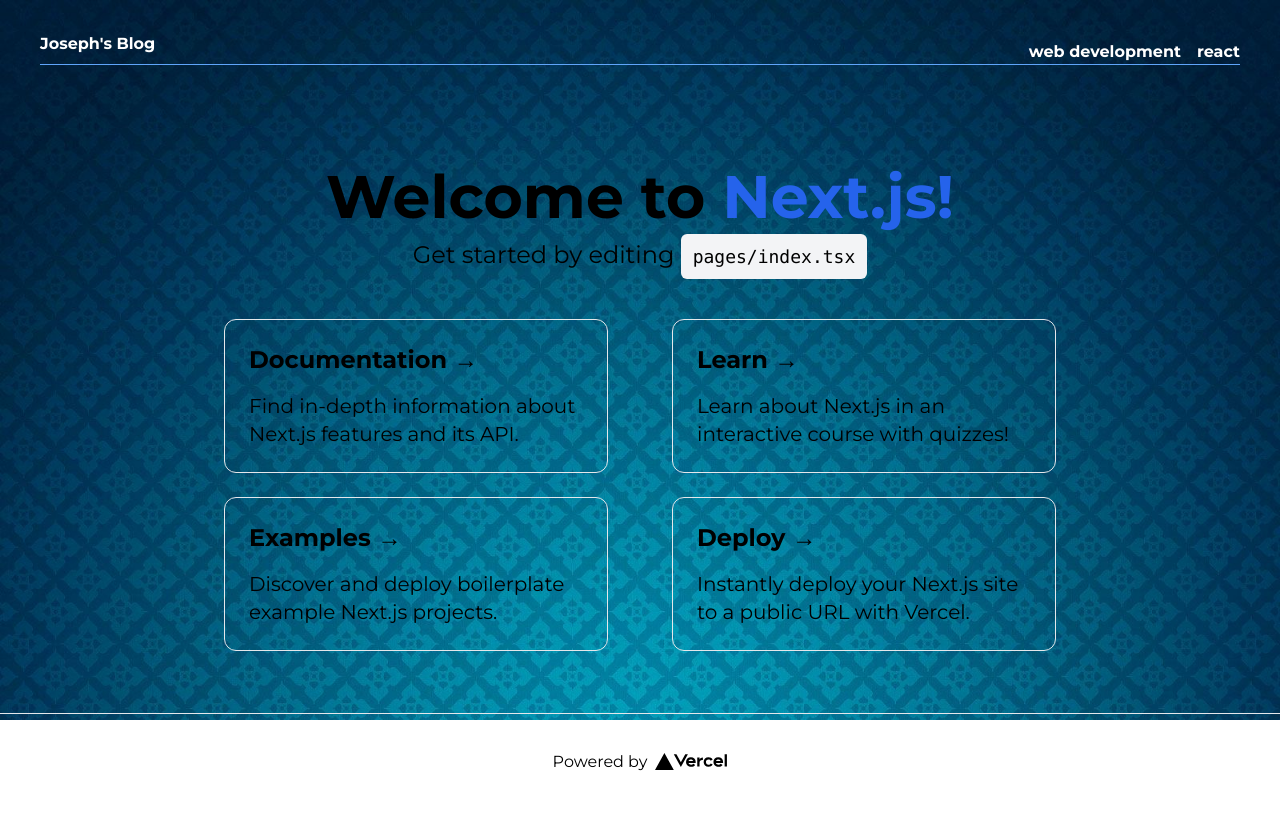
Repository: Josephdiaz99/NextBlogWithGraphCMS
Page: /
The author's editor kept a copy of each file at every save. The page is drawn from the files as they stood at one save, then again after the next save.
The browser window is 1280 px wide. The pictures show the whole page.
The page's requests for data from a server got no answer. The project was rebuilt for these pictures with package versions that can differ from the ones it lists, and the page was loaded fresh each time. The framework's server and built-in components were replaced by stand-ins that run in the browser. No one was signed in, and anything a server would have sent is missing. Also part of the build but not shown: next.config.js, components/PostCard.jsx, components/Categories.jsx, components/PostWidget.jsx.

Above is the page before, as saved 2022-06-29 19:46:38.

After the next save:
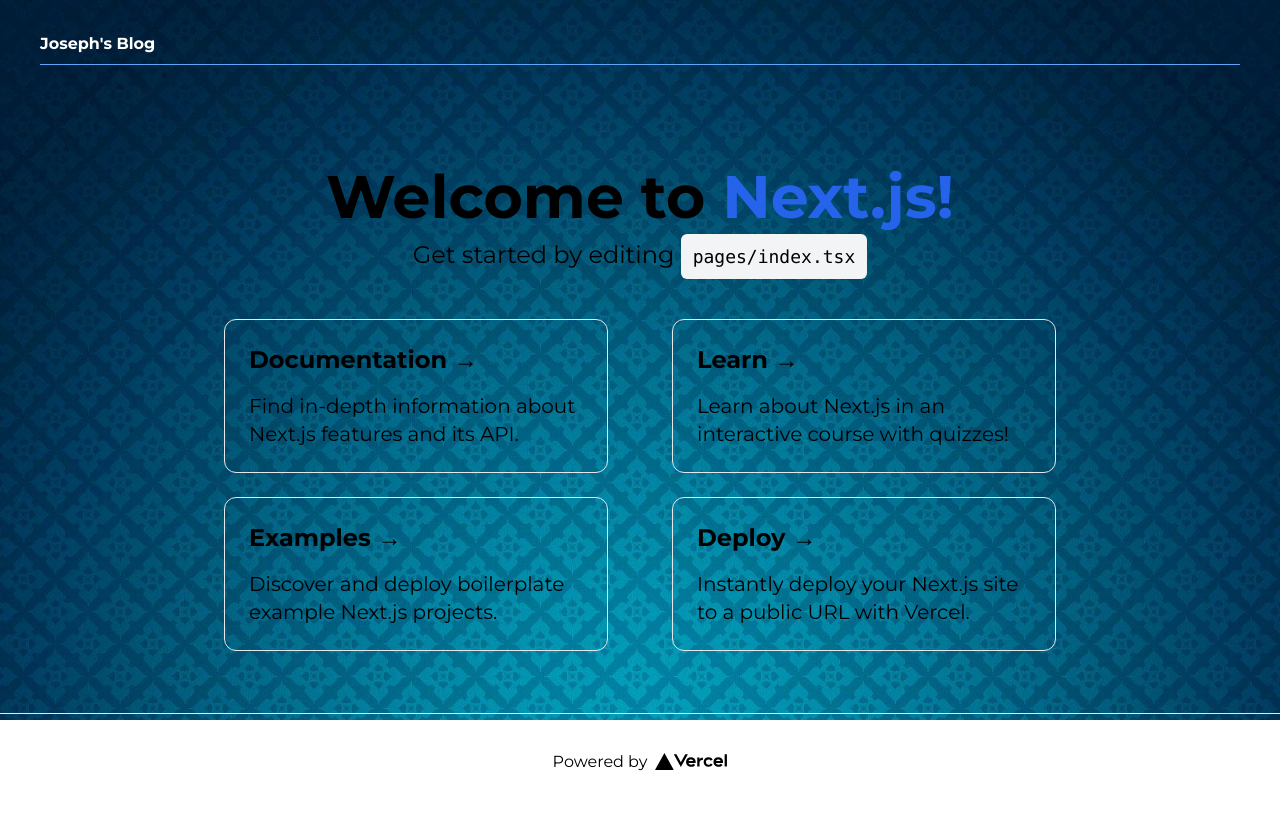
Saved 3 min 3 s later.
--- a/components/Header.jsx
+++ b/components/Header.jsx
@@ -1,9 +1,19 @@
-import React, {useContext} from 'react'
 import Link from 'next/link'
-
-const categories=[{name:'react',slug:'react'},{name:'web development',slug:'web-dev'}]
+import React, {useState,useEffect} from 'react'
+import { getCategories } from '../services'
 
 const Header = () => {
+
+    const [categories, setCategories] = useState([])
+
+     useEffect(() => {
+
+       getCategories()
+         .then((newCategories)=>setCategories(newCategories))
+
+     }, [])
+
+
   return (
     <div className='container mx-auto px-10 mb-8' >
         <div className='border-b w-full inline-bloc border-blue-400 py-8' >
